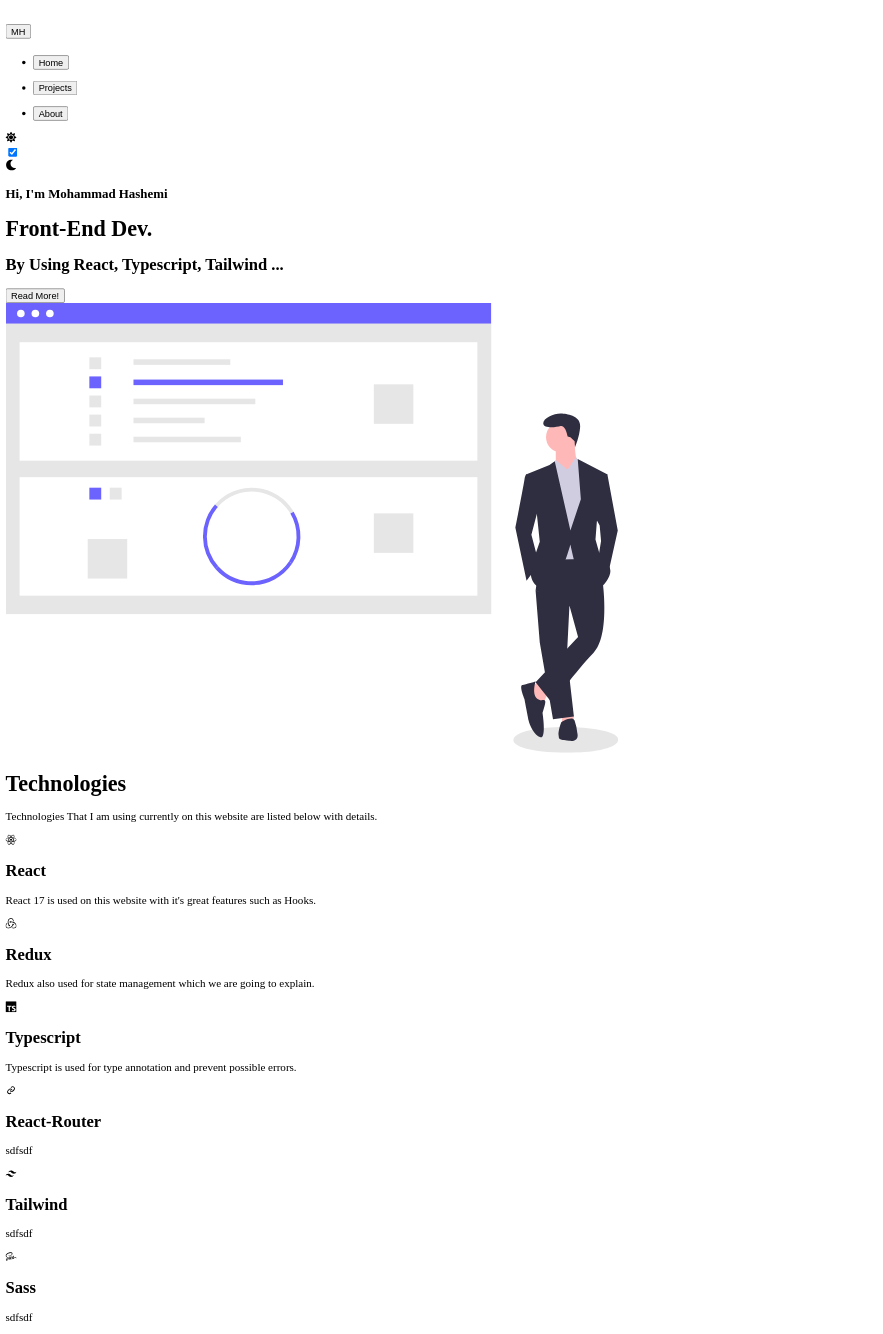
Repository: SMohammadH/react-typescript-tailwind
Page: /
The author's editor kept a copy of each file at every save. The page is drawn from the files as they stood at one save, then again after the next save.
The browser window is 1280 px wide. The pictures show the whole page, at 69% of full size.
The project was rebuilt for these pictures with package versions that can differ from the ones it lists, and the page was loaded fresh each time. Also part of the build but not shown: craco.config.js.

Above is the page before, as saved 2021-02-03 09:16:14.

### src/index.css
.dark {
  --color-bg-primary: #2d3748;
  --color-bg-secondary: #283141;
  --color-text-primary: #f7fafc;
  --color-text-secondary: #e2e8f0;
  --color-text-accent: #c5b358;
}

.light {
  --color-bg-primary: #ffffff;
  --color-bg-secondary: #edf2f7;
  --color-text-primary: #2d3748;
  --color-text-secondary: #4a5568;
  --color-text-accent: #2b6cb0;
}

@import 'tailwindcss/base';
@import 'tailwindcss/components';
@import 'tailwindcss/utilities';

### src/App.tsx
import './App.css';
import 'tailwindcss/tailwind.css';
import { ThemeProvider } from './dark-mode/themeContext';
import { Navbar } from './components/Navbar';
import { FirstSection } from './components/FirstSection';
import { SecondSection } from './components/SecondSection';

const App: React.FC = () => {
  return (
    <div>
      <ThemeProvider>
        <Navbar />
        <div className="body bg-primary text-primary">
          <FirstSection />
          <SecondSection />
        </div>
      </ThemeProvider>
    </div>
  );
};

export default App;

### src/App.css
.font-gold {
  color: #c5b358;
}

### src/dark-mode/themeContext.tsx
import React from 'react';

const getInitialTheme = () => {
  if (typeof window !== 'undefined' && window.localStorage) {
    const storedPrefs = window.localStorage.getItem('color-theme');
    if (typeof storedPrefs === 'string') {
      return storedPrefs;
    }

    const userMedia = window.matchMedia('(prefers-color-scheme: dark)');
    if (userMedia.matches) {
      return 'dark';
    }
  }

  // If you want to use light theme as the default, return "light" instead
  return 'dark';
};

interface IContextProps {
  theme: string;
  setTheme: React.Dispatch<React.SetStateAction<string>>;
}
// Remember if You wanna uncomment above remove null in the next line.
export const ThemeContext = React.createContext({} as IContextProps);

interface ThemeProps {
  initialTheme?: any;
  children: any;
}

export const ThemeProvider: React.FC<ThemeProps> = ({
  initialTheme,
  children,
}) => {
  const [theme, setTheme] = React.useState(getInitialTheme);

  const rawSetTheme = (theme: string) => {
    const root = window.document.documentElement;
    const isDark = theme === 'dark';

    root.classList.remove(isDark ? 'light' : 'dark');
    root.classList.add(theme);

    localStorage.setItem('color-theme', theme);
  };

  if (initialTheme) {
    rawSetTheme(initialTheme);
  }

  React.useEffect(() => {
    rawSetTheme(theme);
  }, [theme]);

  return (
    <ThemeContext.Provider value={{ theme, setTheme }}>
      {children}
    </ThemeContext.Provider>
  );
};

### src/components/Navbar.tsx
import { Toggle } from '../dark-mode/toggle';

export const Navbar = () => {
  return (
    <div className="bg-gray-800 text-gray-100  fixed  w-full z-10">
      <div className="max-w-screen-xl mx-auto px-2 sm:px-6 lg:px-8">
        <div className="relative flex items-center justify-between h-16">
          <div>
            <h1 className="text-3xl font-gold">
              <button>MH</button>
            </h1>
          </div>
          <div className="flex">
            <div className="flex space-x-9 text-lg">
              <ul>
                <li>
                  <button>Home</button>
                </li>
              </ul>
              <ul>
                <li>
                  <button>Projects</button>
                </li>
              </ul>
              <ul>
                <li>
                  <button>About</button>
                </li>
              </ul>
            </div>
            <div className="ml-9 self-center">
              <Toggle />
            </div>
          </div>
        </div>
      </div>
    </div>
  );
};

### src/components/FirstSection.tsx
import Success from '../svg/success.svg';

export const FirstSection = () => {
  return (
    <div className="flex justify-between  space-x-20 p-10 pt-40 max-w-screen-xl mx-auto md:flex-row">
      <div className="self-center pb-20 mb-20 space-y-2">
        <h3 className="text-xl">Hi, I'm Mohammad Hashemi</h3>
        <h1 className="text-5xl text-accent">Front-End Dev.</h1>
        <h2 className="text-medium">
          By Using React, Typescript, Tailwind ...
        </h2>
        <button className="btn">Read More!</button>
      </div>
      <div className="">
        <img src={Success} alt="" />
      </div>
    </div>
  );
};

### src/components/SecondSection.tsx
import { Card } from './Card';
import { FaSass } from 'react-icons/fa';
import { SiTypescript, SiTailwindcss, SiRedux, SiReact } from 'react-icons/si';
import { BiLink } from 'react-icons/bi';

const text = [
  {
    react: `React 17 is used on this website with it's great features such as Hooks.`,
  },
  {
    redux:
      'Redux also used for state management which we are going to explain.',
  },
  {
    typescript:
      'Typescript is used for type annotation and prevent possible errors.',
  },
  { reactRouter: 'sdfsdf' },
  { tailwind: 'sdfsdf' },
  { sass: 'sdfsdf' },
];
console.log(text[0].react);

export const SecondSection = () => {
  return (
    <div className="bg-secondary text-secondary">
      <div className="max-w-screen-xl mx-auto px-5 py-24">
        <div className="text-center mb-20">
          <h1 className="text-accent mb-4 text-4xl leading-10 tracking-tight sm:text-5xl sm:leading-none md:text-6xl">
            Technologies
          </h1>
          <p className="text-base leading-relaxed xl:w-2/4 lg:w-3/4 mx-auto">
            Technologies That I am using currently on this website are listed
            below with details.
          </p>
          <div className="flex mt-6 justify-center">
            <div className="w-16 h-1 rounded-full bg-indigo-500 inline-flex"></div>
          </div>
        </div>
        <div className="flex flex-wrap sm:-m-4 -mx-4 -mb-10 -mt-4">
          <Card
            Img={SiReact}
            imgSize={10}
            header="React"
            imgColor="blue-600"
            imgBack="blue"
            text={text[0].react}
          />
          <Card
            Img={SiRedux}
            imgSize={10}
            header="Redux"
            imgColor="purple-500"
            imgBack="purple"
            text={text[1].redux}
          />
          <Card
            Img={SiTypescript}
            imgSize={7}
            header="Typescript"
            imgColor="blue-700"
            imgBack="blue"
            text={text[2].typescript}
          />

          <Card
            Img={BiLink}
            imgSize={10}
            header="React-Router"
            imgColor="red-600"
            imgBack="red"
            text={text[3].reactRouter}
          />
          <Card
            Img={SiTailwindcss}
            imgSize={10}
            header="Tailwind"
            imgColor="green-500"
            imgBack="green"
            text={text[4].tailwind}
          />

          <Card
            Img={FaSass}
            imgSize={10}
            header="Sass"
            imgColor="pink-600"
            imgBack="pink"
            text={text[5].sass}
          />
        </div>
      </div>
    </div>
  );
};

### src/dark-mode/toggle.tsx
import React from 'react';
import { ThemeContext } from './themeContext';
import './toggle.css';
import { FaSun } from 'react-icons/fa';
import { FaMoon } from 'react-icons/fa';

export const Toggle = () => {
  const { theme, setTheme } = React.useContext(ThemeContext);

  const isDark = () => {
    return theme === 'dark';
  };

  return (
    <label className="flex items-center cursor-pointer">
      <div className="ml-3 font-medium mr-3">
        {theme === 'light' ? (
          <FaSun className="text-yellow-100 text-2xl" />
        ) : (
          <FaSun className="text-gray-400" />
        )}
      </div>
      <div className="relative">
        <input
          type="checkbox"
          className="hidden"
          checked={isDark()}
          onChange={e => setTheme(e.target.checked ? 'dark' : 'light')}
        />
        <div className="toggle__line w-10 h-4 bg-gray-400 rounded-full shadow-inner"></div>
        <div className="toggle__dot absolute w-6 h-6 bg-white rounded-full shadow inset-y-0 left-0"></div>
      </div>

      <div className="ml-3 ">
        {theme === 'light' ? (
          <FaMoon className="text-gray-400" />
        ) : (
          <FaMoon className="text-blue-100 text-xl" />
        )}
      </div>
    </label>
  );
};

### src/components/Card.tsx
interface Props {
  Img: any;
  imgSize: number;
  imgColor: string;
  imgBack: string;
  header: string;
  text?: string;
}

export const Card: React.FC<Props> = ({
  Img,
  imgSize,
  imgColor,
  imgBack,
  header,
  text,
}) => {
  return (
    <div className="relative max-w-sm  md:max-w-xs mx-auto ">
      <div
        className={`absolute mb-10 ml-5 inset-0 bg-gradient-to-r from-${imgBack}-200 to-${imgBack}-400 dark:from-${imgBack}-700 dark:to-${imgBack}-900 shadow-lg transform -skew-y-3 sm:skew-y-0 sm:-rotate-6 rounded-3xl`}
      ></div>
      <div className="relative py-7 px-2 md:mb-0 flex flex-col ">
        <div className="shadow-lg rounded-3xl bg-primary text-primary px-4 py-10 mr-6 transform translate-x-6 -translate-y-6  ">
          <div
            className={` inline-flex w-12 h-12 rounded-full items-center justify-center bg-${imgBack}-100 text-${imgColor} mb-4 flex-shrink-0 p-2`}
          >
            <Img className={`w-${imgSize} h-${imgSize}`} />
            {/* className="w-6 h-6"
              fill="none"
              stroke="currentColor"
              viewBox="0 0 24 24"
              xmlns="http://www.w3.org/2000/svg"
            >
              <path
                stroke-linecap="round"
                stroke-linejoin="round"
                stroke-width="2"
                d="M7 21a4 4 0 01-4-4V5a2 2 0 012-2h4a2 2 0 012 2v12a4 4 0 01-4 4zm0 0h12a2 2 0 002-2v-4a2 2 0 00-2-2h-2.343M11 7.343l1.657-1.657a2 2 0 012.828 0l2.829 2.829a2 2 0 010 2.828l-8.486 8.485M7 17h.01"
              ></path>
            </Img> */}
          </div>
          <div className="flex-grow ">
            <h2 className="text-primary text-xl title-font font-medium mb-3">
              {header}
            </h2>
            <p className="leading-relaxed text-sm text-justify">{text}</p>
          </div>
        </div>
      </div>
    </div>
  );
};

### src/dark-mode/toggle.css
.toggle__dot {
  top: -0.25rem;
  left: -0.25rem;
  transition: all 0.3s ease-in-out;
}

input:checked ~ .toggle__dot {
  transform: translateX(100%);
  background-color: #48bb78;
}

### tailwind.config.js
module.exports = {
  purge: [],
  darkMode: 'class', // or 'media' or 'class'
  theme: {
    extend: {
      backgroundColor: {
        primary: 'var(--color-bg-primary)',
        secondary: 'var(--color-bg-secondary)',
      },
      textColor: {
        accent: 'var(--color-text-accent)',
        primary: 'var(--color-text-primary)',
        secondary: 'var(--color-text-secondary)',
      },
    },
  },
  variants: {
    extend: {},
  },
  plugins: [],
};

Loaded but not shown: public/index.html (common file); src/index.tsx (common file)

After the next save:
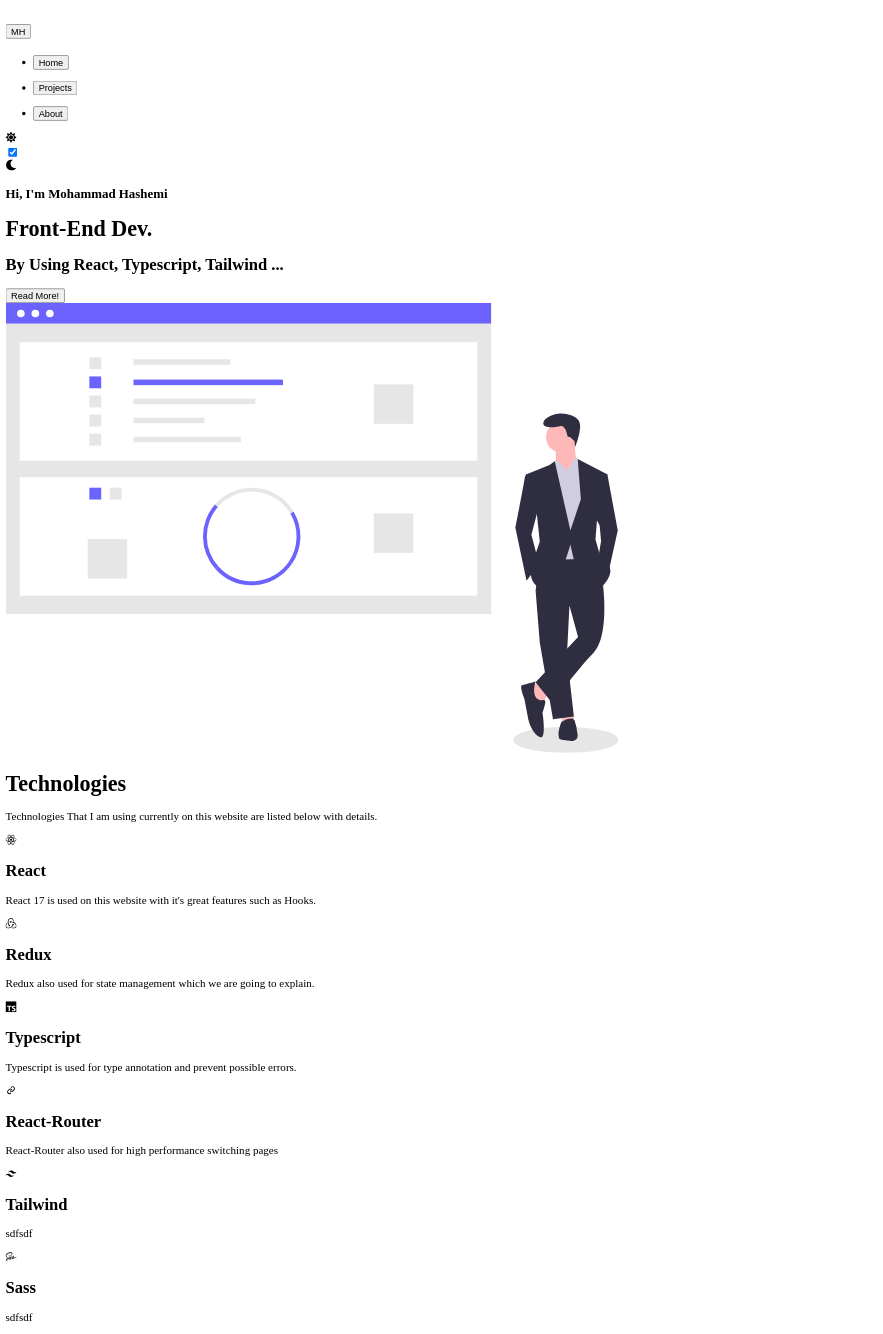
Saved 71 s later.
--- a/src/components/SecondSection.tsx
+++ b/src/components/SecondSection.tsx
@@ -15,7 +15,9 @@
     typescript:
       'Typescript is used for type annotation and prevent possible errors.',
   },
-  { reactRouter: 'sdfsdf' },
+  {
+    reactRouter: 'React-Router also used for high performance switching pages',
+  },
   { tailwind: 'sdfsdf' },
   { sass: 'sdfsdf' },
 ];
